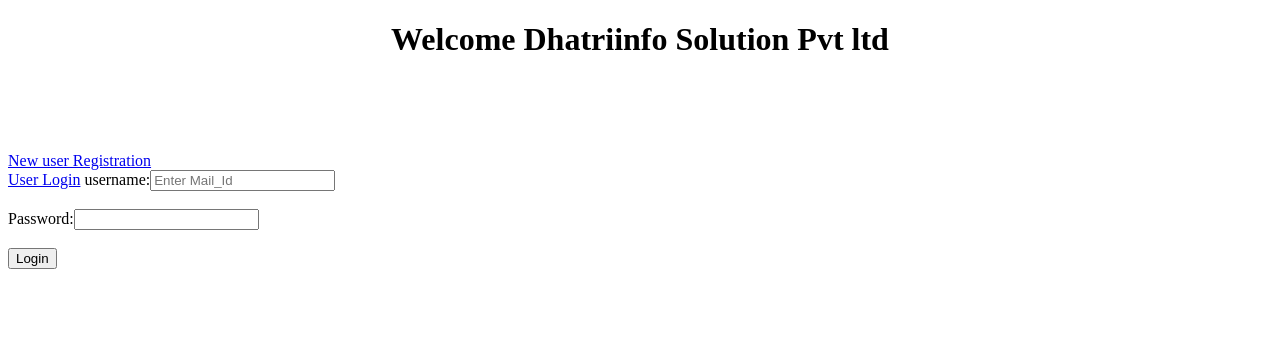
Repository: AbubakarShaik/Java_J2EE_Project
Page: com.testprojectServlet/WebContent/index.html
These files come from the project's save history. The page is drawn as it stood at one moment and after the next save; the edit follows.
The browser window is 1280 px wide. The pictures show the whole page.

Above is the page before, as saved 2016-12-22 05:34:49.

### com.testprojectServlet/WebContent/index.html
<!DOCTYPE html>
<html>
<head>
<meta charset="ISO-8859-1">

</head>

<body>
<center>
<h1>Welcome Dhatriinfo Solution Pvt ltd </h1>
</center>
<br>
</br>
<br>
</br>



<a href="Registration.jsp"> New user Registration</a><br>
<a href="login.jsp"> <right>User Login</right></a>

<right>
<td>username:<input type="text" name="UserName" placeholder="Enter Mail_Id"></td>
<br>
</br>
<td>Password:<input type="text" name="Password"></td>
<br>
</br>
<td> <input type="Submit" value="Login"> </td>
</right>

</body>
</html>

After the next save:
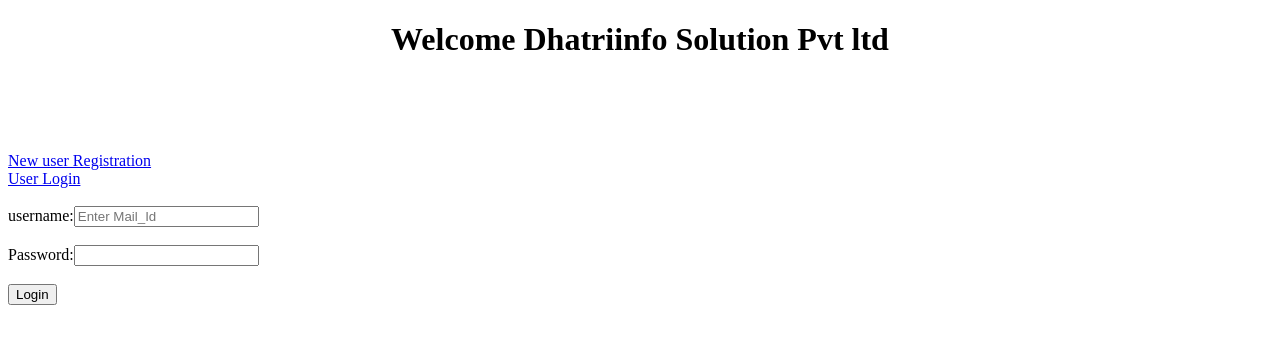
Saved 105 min 42 s later.
--- a/com.testprojectServlet/WebContent/index.html
+++ b/com.testprojectServlet/WebContent/index.html
@@ -18,8 +18,12 @@
 
 <a href="Registration.jsp"> New user Registration</a><br>
 <a href="login.jsp"> <right>User Login</right></a>
+<br>
+</br>
 
-<right>
+<div>
+<align="right">
+
 <td>username:<input type="text" name="UserName" placeholder="Enter Mail_Id"></td>
 <br>
 </br>
@@ -27,7 +31,8 @@
 <br>
 </br>
 <td> <input type="Submit" value="Login"> </td>
-</right>
+
+</div>
 
 </body>
 </html>
